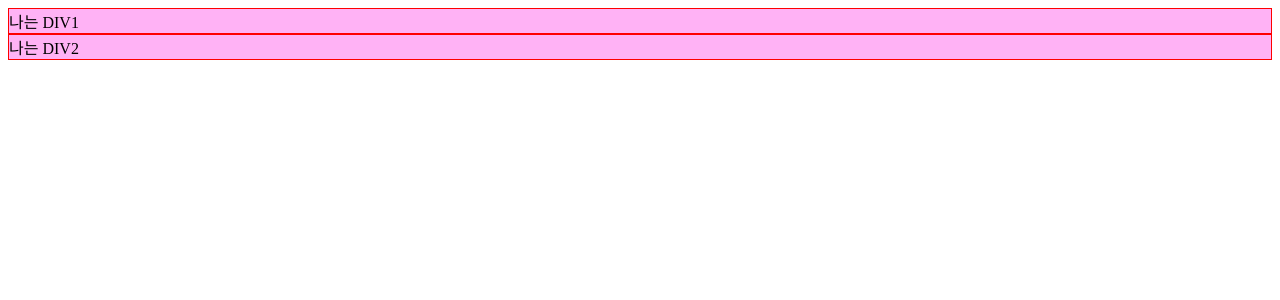
Repository: gold37/JAVA_HOME
Page: myjsp/myjsp/HTML5/WebContent/ch01_cssOrder/cssOrder.html
An editor plug-in stored every save of this project. The page is shown before and after the next save, followed by the edit.
The browser window is 1280 px wide. The pictures show the whole page.

Above is the page before, as saved 2020-04-22 03:49:17.

After the next save:
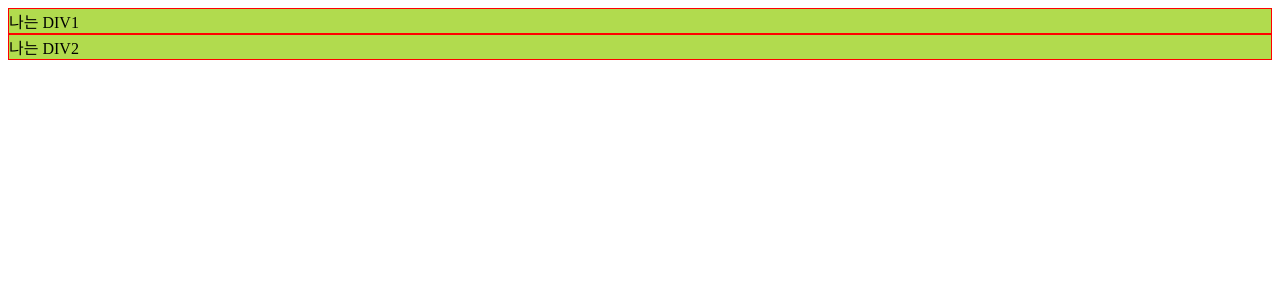
Saved 78 min 19 s later.
--- a/myjsp/myjsp/HTML5/WebContent/ch01_cssOrder/cssOrder.html
+++ b/myjsp/myjsp/HTML5/WebContent/ch01_cssOrder/cssOrder.html
@@ -20,13 +20,11 @@
 
 */
 
-/*
 div {
 
 	border: solid 1px blue;
-	background-color : #B1DB4E;
+	background-color : #B1DB4E !important;
 }
-*/
 
 </style>
 
